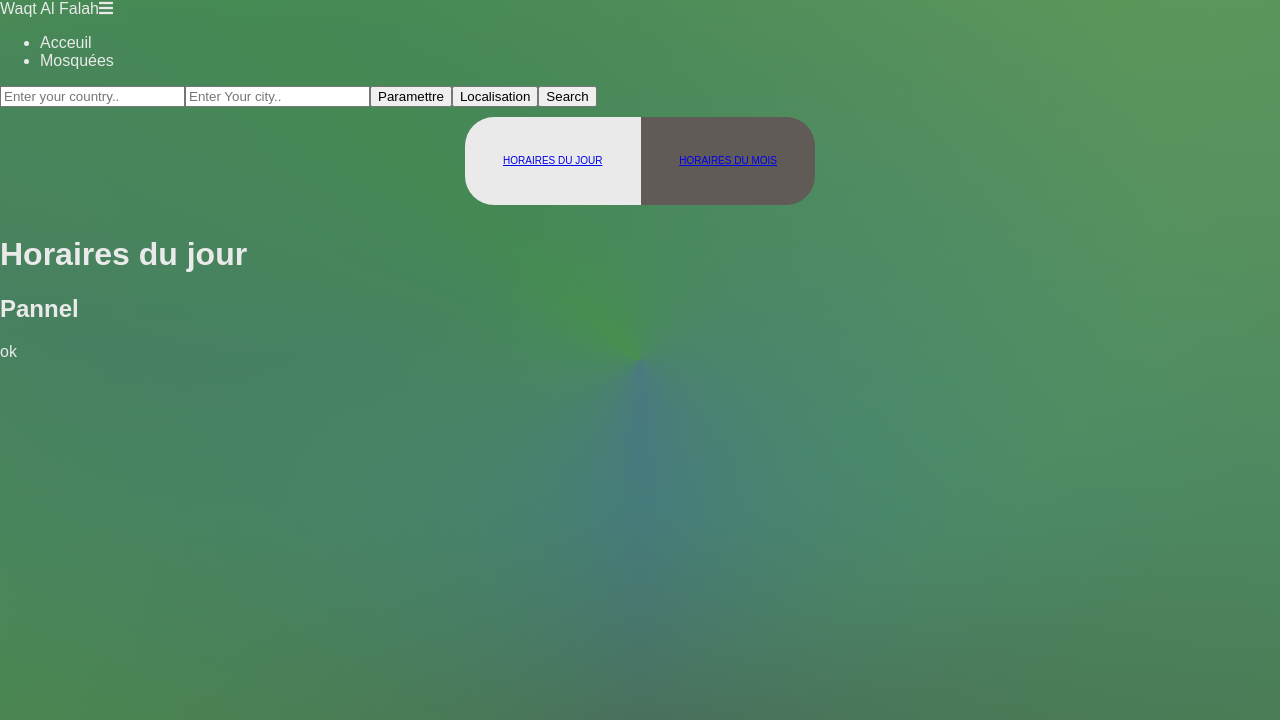
Repository: Lhourquin/Repo-Developpement-React-Prayer-Times
Page: /
An editor plug-in stored every save of this project. The page is shown before and after the next save, followed by the edit.
The browser window is 1280 px wide. The pictures show the whole page.
The page's requests for data from a server got no answer. The project was rebuilt for these pictures with package versions that can differ from the ones it lists, and the page was loaded fresh each time. No one was signed in, and anything a server would have sent is missing. Also part of the build but not shown: src/components/navbar/NavBar.css, src/components/search-bar/searchbar.css, src/components/calendar-list/row-list.css, src/components/calendar-list/row-list.component.jsx, src/components/Calendar.js, src/components/day-list/horaireslist.css, src/components/time-table-pannel/pannel.css, src/components/DateNow.js.

Above is the page before, as saved 2022-01-29 09:58:00.

After the next save:
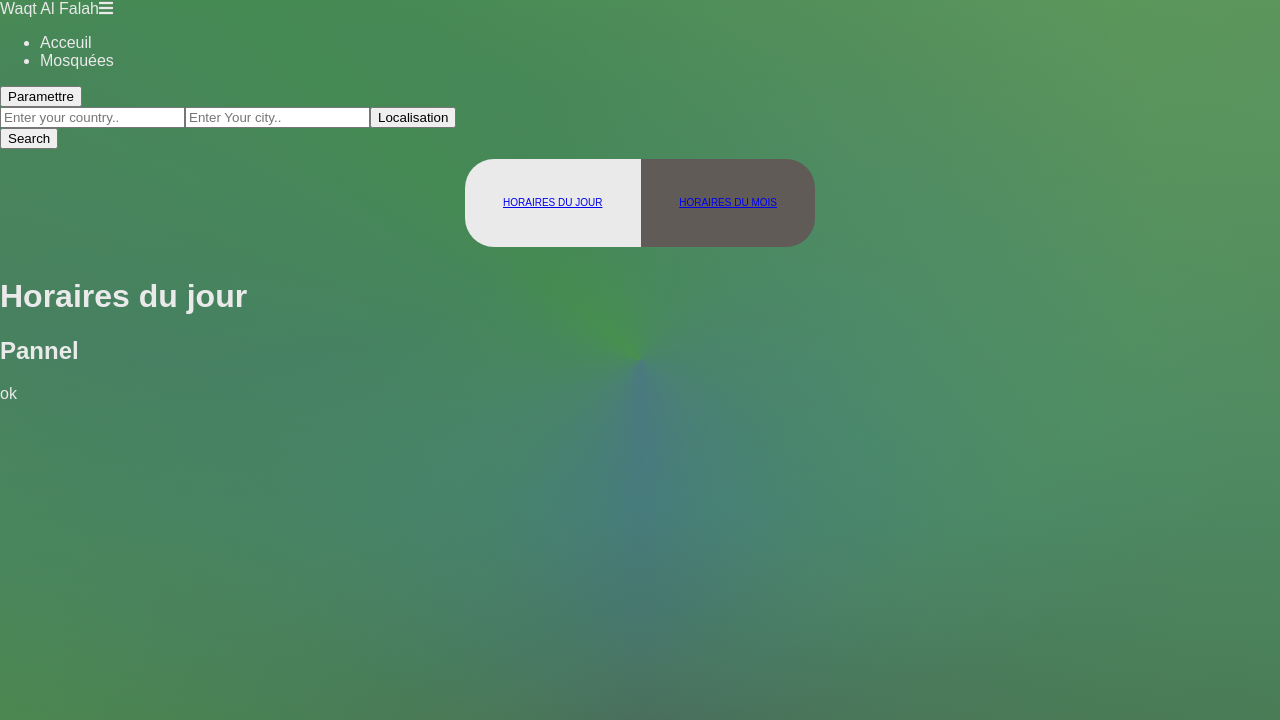
Saved 75 s later.
--- a/src/components/search-bar/searchbar.component.jsx
+++ b/src/components/search-bar/searchbar.component.jsx
@@ -1,22 +1,28 @@
 import React from "react";
-import "./searchbar.css"
+import "./searchbar.css";
 
 export const SearchBar = ({ handleChange }) => {
   return (
-  <form>
+    <form>
+      <div>
+        <button>Paramettre</button>
+      </div>
+      <div>
+        <input
+          className="country"
+          type="search"
+          placeholder="Enter your country.."
+        />
+        <input
+          className="city"
+          type="search"
+          placeholder="Enter Your city.."
+          onChange={handleChange}
+        />
+        <button>Localisation</button>
+      </div>
 
-    <input className="country"
-           type="search"
-           placeholder="Enter your country.."
-
-    />
-    <input className="city"
-                type="search"
-                placeholder="Enter Your city.."
-                onChange={handleChange}/>
-                <button>Paramettre</button>
-    <button>Localisation</button>
-    <button>Search</button>
-  </form>)
-
+      <button>Search</button>
+    </form>
+  );
 };
